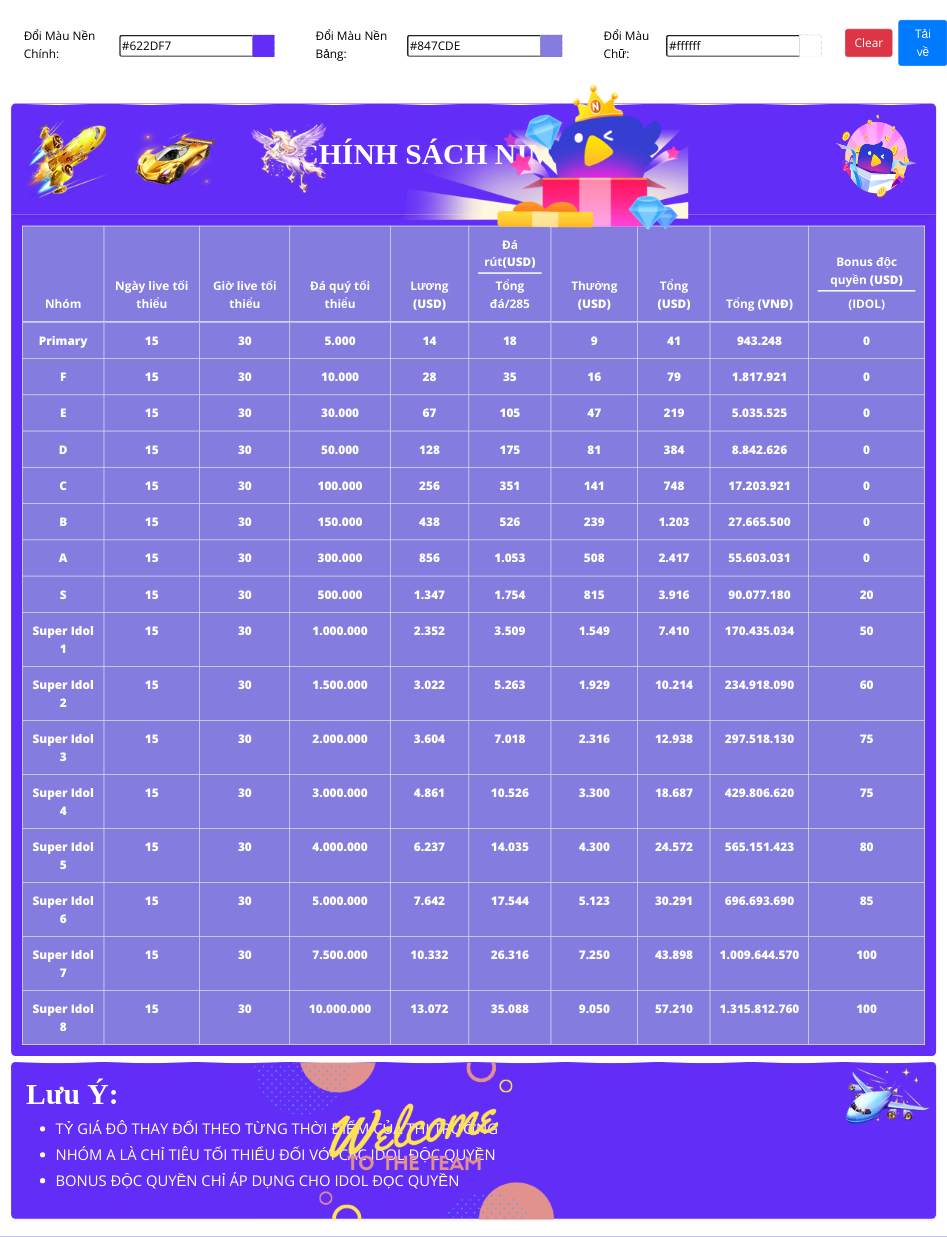
Repository: dav1601/nimo-work
Page: http://localhost/
An editor plug-in stored every save of this project. The page is shown before and after the next save, followed by the edit.
The browser window is 1280 px wide. The pictures show the whole page, at 74% of full size.
The page is run by PHP 8.4 with error messages shown; the project is at /var/www/html/.

Above is the page before, as saved 2022-04-15 15:32:45.

### index.php
<!DOCTYPE html>
<html lang="en">

<head>
    <meta charset="UTF-8">
    <meta http-equiv="X-UA-Compatible" content="IE=edge">
    <meta name="viewport" content="width=device-width, initial-scale=1.0">
    <link rel="icon" href="https://res.cloudinary.com/vanh-tech/image/upload/v1649967750/201907151563178378869_1599513750510_avatar-2_hbsqzz.png"type="image/png" >
    <link rel="stylesheet" href="https://cdn.jsdelivr.net/npm/bootstrap@4.6.1/dist/css/bootstrap.min.css"
        integrity="sha384-zCbKRCUGaJDkqS1kPbPd7TveP5iyJE0EjAuZQTgFLD2ylzuqKfdKlfG/eSrtxUkn" crossorigin="anonymous">
    <link rel="stylesheet" href="./Coloris-main/dist/coloris.min.css">
    <script src="https://cdn.jsdelivr.net/npm/jquery@3.5.1/dist/jquery.slim.min.js"
        integrity="sha384-DfXdz2htPH0lsSSs5nCTpuj/zy4C+OGpamoFVy38MVBnE+IbbVYUew+OrCXaRkfj"
        crossorigin="anonymous"></script>
    <script src="https://cdn.jsdelivr.net/npm/popper.js@1.16.1/dist/umd/popper.min.js"
        integrity="sha384-9/reFTGAW83EW2RDu2S0VKaIzap3H66lZH81PoYlFhbGU+6BZp6G7niu735Sk7lN"
        crossorigin="anonymous"></script>
    <script src="https://cdn.jsdelivr.net/npm/bootstrap@4.6.1/dist/js/bootstrap.min.js"
        integrity="sha384-VHvPCCyXqtD5DqJeNxl2dtTyhF78xXNXdkwX1CZeRusQfRKp+tA7hAShOK/B/fQ2"
        crossorigin="anonymous"></script>
    <script src="https://cdnjs.cloudflare.com/ajax/libs/jquery/3.6.0/jquery.min.js"
        integrity="sha512-894YE6QWD5I59HgZOGReFYm4dnWc1Qt5NtvYSaNcOP+u1T9qYdvdihz0PPSiiqn/+/3e7Jo4EaG7TubfWGUrMQ=="
        crossorigin="anonymous" referrerpolicy="no-referrer"></script>
    <script src="https://cdnjs.cloudflare.com/ajax/libs/html2canvas/1.4.1/html2canvas.min.js"
        integrity="sha512-BNaRQnYJYiPSqHHDb58B0yaPfCu+Wgds8Gp/gU33kqBtgNS4tSPHuGibyoeqMV/TJlSKda6FXzoEyYGjTe+vXA=="
        crossorigin="anonymous" referrerpolicy="no-referrer"></script>
    <script src="./Coloris-main/dist/coloris.min.js"></script>


    <title>Chính sách Nimo</title>
</head>

<body>
    <script>
        $(function () {
            $("#color-1").val("#622DF7");
            $("#color-2").val("#847CDE");
            $("#color-3").val("#ffffff");
            $(document).on('change', "#color-1", function () {
                document.documentElement.style.setProperty('--bg-main', $(this).val());
            });
            $(document).on('change', "#color-2", function () {
                document.documentElement.style.setProperty('--bg-table', $(this).val());
            });
            $(document).on('change', "#color-3", function () {
                document.documentElement.style.setProperty('--text-color', $(this).val());
            });
            $("#clear").click(function (e) {
                e.preventDefault();
            $("#color-1").val("#622DF7").change();
            $("#color-2").val("#847CDE").change();
            $("#color-3").val("#ffffff").change();


            });
            Coloris({
                el: '.coloris',
                format: 'hex',
                theme: 'large',
                themeMode: 'dark',
                clearButton: {
                    show: true,
                    label: 'Clear'
                },
            });
            const main = document.documentElement.style.setProperty('--bg-main', '#622DF7');
            const table = document.documentElement.style.setProperty('--bg-table', '#847CDE');
            const text = document.documentElement.style.setProperty('--text-color', '#ffffff');
            $("#down").click(function () {
                html2canvas(document.getElementById("export")).then(function (canvas) {
                    var anchorTag = document.createElement("a");
                    document.body.appendChild(anchorTag);
                    anchorTag.download = "nimo-thuy-do.png";
                    anchorTag.href = canvas.toDataURL();
                    anchorTag.target = '_blank';
                    anchorTag.click();
                });
            });
        });
    </script>
    <style>
        @import url('https://fonts.googleapis.com/css2?family=Open+Sans:ital,wght@0,300;0,400;0,500;0,600;0,700;0,800;1,300;1,400;1,500;1,600;1,700;1,800&display=swap');
        @import url('https://fonts.googleapis.com/css2?family=Montserrat:ital,wght@0,100;0,200;0,300;0,400;0,500;0,600;0,700;0,800;0,900;1,100;1,200;1,300;1,400;1,500;1,600;1,700;1,800&display=swap');
        @import url('https://fonts.googleapis.com/css2?family=Pacifico&display=swap');

        :root {
            --bg-main: #622DF7;
            --bg-table: #847CDE;
            --text-color: #ffffff;
        }

        body {
            color: var(--text-color);
            font-family: 'Open Sans', sans-serif;

        }



        h1 {
            font-family: 'Monument', cursive;
            font-weight: 900;
        }

        header {
            height: auto;
            /* overflow: hidden; */
            padding: 20px;
            background: var(--bg-main);
            height: 150px;
            box-shadow: 0 3px 5px rgba(0, 0, 0, 0.05);
            border-top-left-radius: 6px;
            border-top-right-radius: 6px;
            position: relative;
        }

        footer {
            height: auto;
            padding: 20px;
            background: var(--bg-main);
            box-shadow: 0 3px 5px rgba(0, 0, 0, 0.05);
            border-radius: 6px;
            position: relative;
        }

        .img-1 {
            top: 20px;
        }

        .img-2 {
            right: 25px;
            top: 15px;
        }

        .img-3 {
            left: 165px;
            top: 20px;
        }

        .img-4 {
            right: 174px;
            top: 20px;
        }

        .img-5 {
            left: 320px;
            top: 15px;
        }

        .img-6 {
            left: 480px;
            top: 14px;
        }

        .img-7 {
            right: 335px;
            top: -25px;
        }

        .nimo-9 {
            right: 10px;
            top: -15px;
        }

        .nimo-10 {
            right: 60px;
            top: 1px;
        }

        .table {
            color: var(--text-color);
            background: var(--bg-table);
            font-family: 'Open Sans', sans-serif;
            text-align: center;
            font-size: 16px;
            font-weight: 900;
        }

        li {
            font-size: 20px;
            text-transform: uppercase;
            margin-bottom: 5px;
        }

        header:before,
        header:after,
        footer:before,
        footer:after {
            content: "";
            height: 2px;
            position: absolute;
            left: 0;
            right: 0;
            clip-path: polygon(0% 0%, 5% 100%, 10% 0%, 15% 100%, 20% 0%, 25% 100%, 30% 0%, 35% 100%, 40% 0%, 45% 100%, 50% 0%, 55% 100%, 60% 0%, 65% 100%, 70% 0%, 75% 100%, 80% 0%, 85% 100%, 90% 0%, 95% 100%, 100% 0%);
            ;
        }

        header:before,
        footer:before {
            background-color: var(--text-color);
            top: 0;
        }

        /* header:after,
        footer::after {
            background-color: #622DF7;
            bottom: -1px;
        } */
        label {
            color: black;
        }

        input {
            border-radius: 4px;
            outline: none;
            border-color: none;
        }

        #table {
            padding: 15px;
            background: var(--bg-main);
            border-bottom-left-radius: 6px;
            border-bottom-right-radius: 6px;
        }
        @media only screen and (max-width: 1336px) {
    .img-4 , .img-6 {
        display: none;
    }
}
    </style>
    <div id="wrapper">
        <div class="d-flex justify-content-center align-items-center my-2">
            <div class="form-group mx-4 mt-4 d-flex align-items-center justify-content-center ">
                <label for="1" class="mx-2 d-block mt-1">Đổi Màu Nền Chính:</label>
                <input type="text" class="coloris" id="color-1" value="" />
            </div>
            <div class="form-group mx-4 mt-4 d-flex align-items-center justify-content-center ">
                <label for="2" class="mx-2 d-block mt-1">Đổi Màu Nền Bảng:</label>
                <input type="text" id="color-2" class="coloris" value="" />
            </div>
            <div class="form-group mx-4 mt-4 d-flex align-items-center justify-content-center ">
                <label for="3" class="mx-2 d-block mt-1">Đổi Màu Chữ:</label>
                <input type="text" id="color-3" class="coloris" value="" />
            </div>
            <button type="button" class="btn btn-danger mx-2" id="clear">Clear</button>
            <button type="button" class="btn btn-primary" id="down">Tải về</button>
        </div>
        <div class="container-fluid py-4" id="export">
            <header>
                <div class="img-2 position-absolute">
                    <img src="img/img-5.png" alt="" width="112" height="112">
                </div>
                <div class="img-1 position-absolute">
                    <img src="img/img-1.webp" alt="">
                </div>
                <div class="img-5 position-absolute">
                    <img src="img/img-3.webp" alt="">
                </div>
                <div class="img-6 position-absolute">
                    <img src="img/img-7.png" alt="">
                </div>
                <div class="img-3 position-absolute">
                    <img src="img/img-2.webp" alt="" width="112" height="112">
                </div>
                <div class="img-4 position-absolute">
                    <img src="img/img-4.png" alt="" width="112" height="112">
                </div>
                <div class="img-7 position-absolute">
                    <img src="img/img-6.png" alt="">
                </div>
                <div class="d-flex justify-content-center align-items-center">
                    <h1 class="text-center text-uppercase  mt-4 d-inline-block" style="margin-right: 6rem!important;">
                        Chính sách Nimo</h1>
                </div>
            </header>
            <div id="table">
                <table class="table table-bordered mb-0">
                    <thead>
                        <tr>
                            <th scope="col">Nhóm</th>
                            <th scope="col">Ngày live tối thiểu</th>
                            <th scope="col">Giờ live tối thiểu</th>
                            <th scope="col">Đá quý tối thiểu</th>
                            <th scope="col">Lương <strong>(USD)</strong></th>
                            <th scope="col" class=""><span class="d-block mb-1"
                                    style="border-bottom: 2px solid var(--text-color); padding-bottom: 2px ;">Đá
                                    rút<strong>(USD)</strong></span><span>Tổng đá/285</span>
                            </th>
                            <th scope="col">Thưởng <strong>(USD)</strong></th>
                            <th scope="col">Tổng <strong>(USD)</strong></th>
                            <th scope="col">Tổng <strong>(VNĐ)</strong></th>
                            <th scope="col" class=""><span class="d-block mb-1"
                                    style="border-bottom: 2px solid var(--text-color); padding-bottom: 2px ;">Bonus độc
                                    quyền <strong>(USD)</strong></span><span>(IDOL)</span></th>
                        </tr>
                    </thead>
                    <tbody>
                        <tr>
                            <td>Primary</td>
                            <td>15</td>
                            <td>30</td>
                            <td>5.000</td>
                            <td>14</td>
                            <td>18</td>
                            <td>9</td>
                            <td>41</td>
                            <td>943.248</td>
                            <td>0</td>
                        </tr>
                        <tr>
                            <td>F</td>
                            <td>15</td>
                            <td>30</td>
                            <td>10.000</td>
                            <td>28</td>
                            <td>35</td>
                            <td>16</td>
                            <td>79</td>
                            <td>1.817.921</td>
                            <td>0</td>
                        </tr>
                        <tr>
                            <td>E</td>
                            <td>15</td>
                            <td>30</td>
                            <td>30.000</td>
                            <td>67</td>
                            <td>105</td>
                            <td>47</td>
                            <td>219</td>
                            <td>5.035.525</td>
                            <td>0</td>
                        </tr>
                        <tr>
                            <td>D</td>
                            <td>15</td>
                            <td>30</td>
                            <td>50.000</td>
                            <td>128</td>
                            <td>175</td>
                            <td>81</td>
                            <td>384</td>
                            <td>8.842.626</td>
                            <td>0</td>
                        </tr>
                        <tr>
                            <td>C</td>
                            <td>15</td>
                            <td>30</td>
                            <td>100.000</td>
                            <td>256</td>
                            <td>351</td>
                            <td>141</td>
                            <td>748</td>
                            <td>17.203.921</td>
                            <td>0</td>
                        </tr>
                        <tr>
                            <td>B</td>
                            <td>15</td>
                            <td>30</td>
                            <td>150.000</td>
                            <td>438</td>
                            <td>526</td>
                            <td>239</td>
                            <td>1.203</td>
                            <td>27.665.500</td>
                            <td>0</td>
                        </tr>
                        <tr>
                            <td>A</td>
                            <td>15</td>
                            <td>30</td>
                            <td>300.000</td>
                            <td>856</td>
                            <td>1.053</td>
                            <td>508</td>
                            <td>2.417</td>
                            <td>55.603.031</td>
                            <td>0</td>
                        </tr>
                        <tr>
                            <td>S</td>
                            <td>15</td>
                            <td>30</td>
                            <td>500.000</td>
                            <td>1.347</td>
                            <td>1.754</td>
                            <td>815</td>
                            <td>3.916</td>
                            <td>90.077.180</td>
                            <td>20</td>
                        </tr>
                        <tr>
                            <td class="sp">Super Idol 1</td>
                            <td>15</td>
                            <td>30</td>
                            <td>1.000.000</td>
                            <td>2.352</td>
                            <td>3.509</td>
                            <td>1.549</td>
                            <td>7.410</td>
                            <td>170.435.034</td>
                            <td>50</td>
                        </tr>
                        <tr>
                            <td class="sp">Super Idol 2</td>
                            <td>15</td>
                            <td>30</td>
                            <td>1.500.000</td>
                            <td>3.022</td>
                            <td>5.263</td>
                            <td>1.929</td>
                            <td>10.214</td>
                            <td>234.918.090</td>
                            <td>60</td>
                        </tr>
                        <tr>
                            <td class="sp">Super Idol 3</td>
                            <td>15</td>
                            <td>30</td>
                            <td>2.000.000</td>
                            <td>3.604</td>
                            <td>7.018</td>
                            <td>2.316</td>
                            <td>12.938</td>
                            <td>297.518.130</td>
                            <td>75</td>
                        </tr>
                        <tr>
                            <td class="sp">Super Idol 4</td>
                            <td>15</td>
                            <td>30</td>
                            <td>3.000.000</td>
                            <td>4.861</td>
                            <td>10.526</td>
                            <td>3.300</td>
                            <td>18.687</td>
                            <td>429.806.620</td>
                            <td>75</td>
                        </tr>
                        <tr>
                            <td class="sp">Super Idol 5</td>
                            <td>15</td>
                            <td>30</td>
                            <td>4.000.000</td>
                            <td>6.237</td>
                            <td>14.035</td>
                            <td>4.300</td>
                            <td>24.572</td>
                            <td>565.151.423</td>
                            <td>80</td>
                        </tr>
                        <tr>
                            <td class="sp">Super Idol 6</td>
                            <td>15</td>
                            <td>30</td>
                            <td>5.000.000</td>
                            <td>7.642</td>
                            <td>17.544</td>
                            <td>5.123</td>
                            <td>30.291</td>
                            <td>696.693.690</td>
                            <td>85</td>
                        </tr>
                        <tr>
                            <td class="sp">Super Idol 7</td>
                            <td>15</td>
                            <td>30</td>
                            <td>7.500.000</td>
                            <td>10.332</td>
                            <td>26.316</td>
                            <td>7.250</td>
                            <td>43.898</td>
                            <td>1.009.644.570</td>
                            <td>100</td>
                        </tr>
                        <tr>
                            <td class="sp">Super Idol 8</td>
                            <td>15</td>
                            <td>30</td>
                            <td>10.000.000</td>
                            <td>13.072</td>
                            <td>35.088</td>
                            <td>9.050</td>
                            <td>57.210</td>
                            <td>1.315.812.760</td>
                            <td>100</td>
                        </tr>


                    </tbody>
                </table>
            </div>
            <footer class="mt-2">
                <div class="nimo-9 position-absolute">
                    <img src="img/img-8.webp" alt="">
                </div>
                <div class="nimo-10 position-absolute">
                    <img src="img/img-9.png" alt="">
                </div>
                <h1>Lưu Ý:</h1>
                <ul>
                    <li>Tỷ giá đô thay đổi theo từng thời điểm của thị trường</li>
                    <li>Nhóm A là chỉ tiêu tối thiểu đối với các idol độc quyền</li>
                    <li>Bonus độc quyền chỉ áp dụng cho idol đọc quyền</li>
                </ul>
            </footer>
        </div>
    </div>

</body>


</html>

Loaded but not shown: Coloris-main/dist/coloris.min.css (library); Coloris-main/dist/coloris.min.js (library)

After the next save:
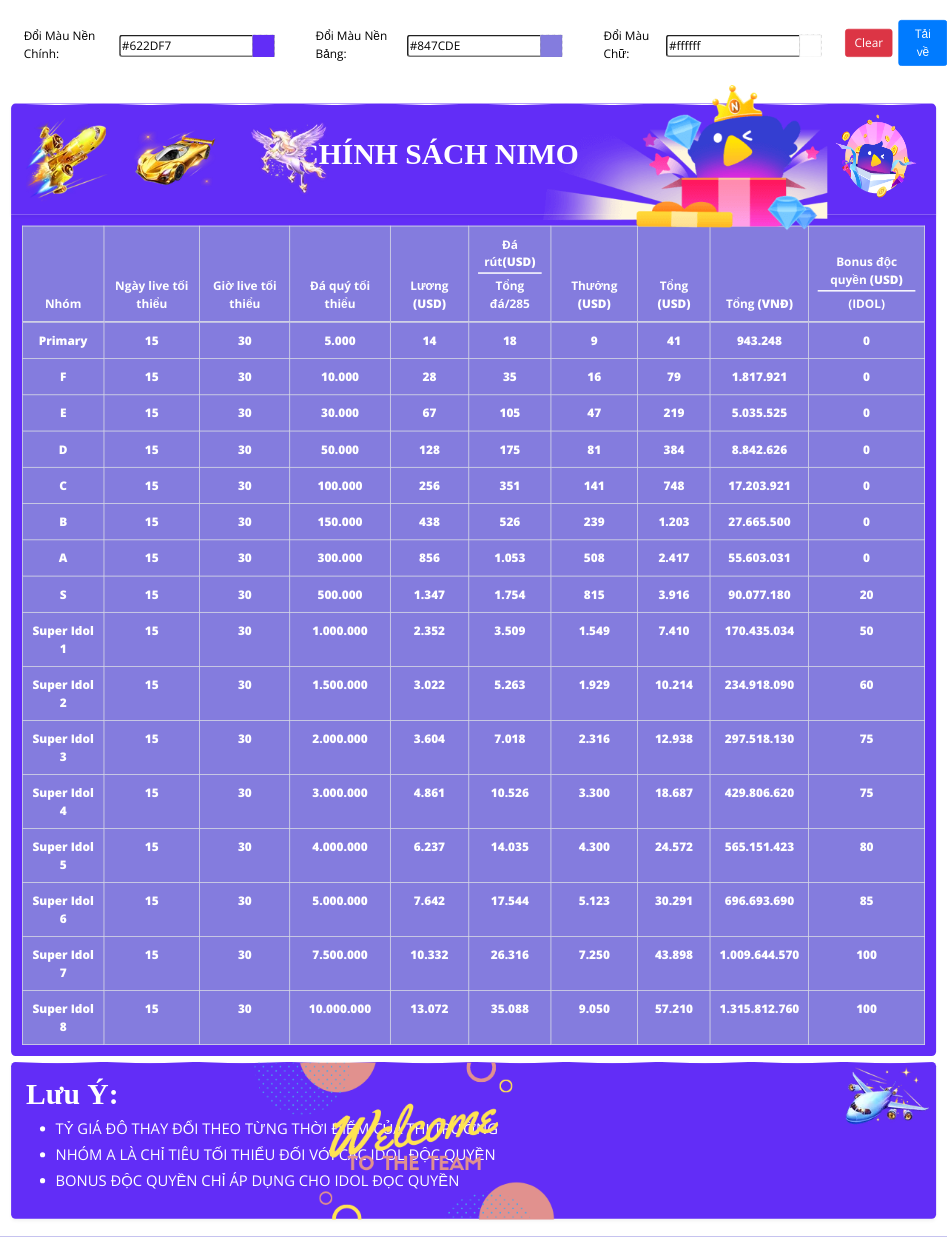
Saved 12 s later.
--- a/index.php
+++ b/index.php
@@ -226,6 +226,10 @@
     .img-4 , .img-6 {
         display: none;
     }
+    .img-7 {
+    right: 147px;
+    top: -25px;
+}
 }
     </style>
     <div id="wrapper">
